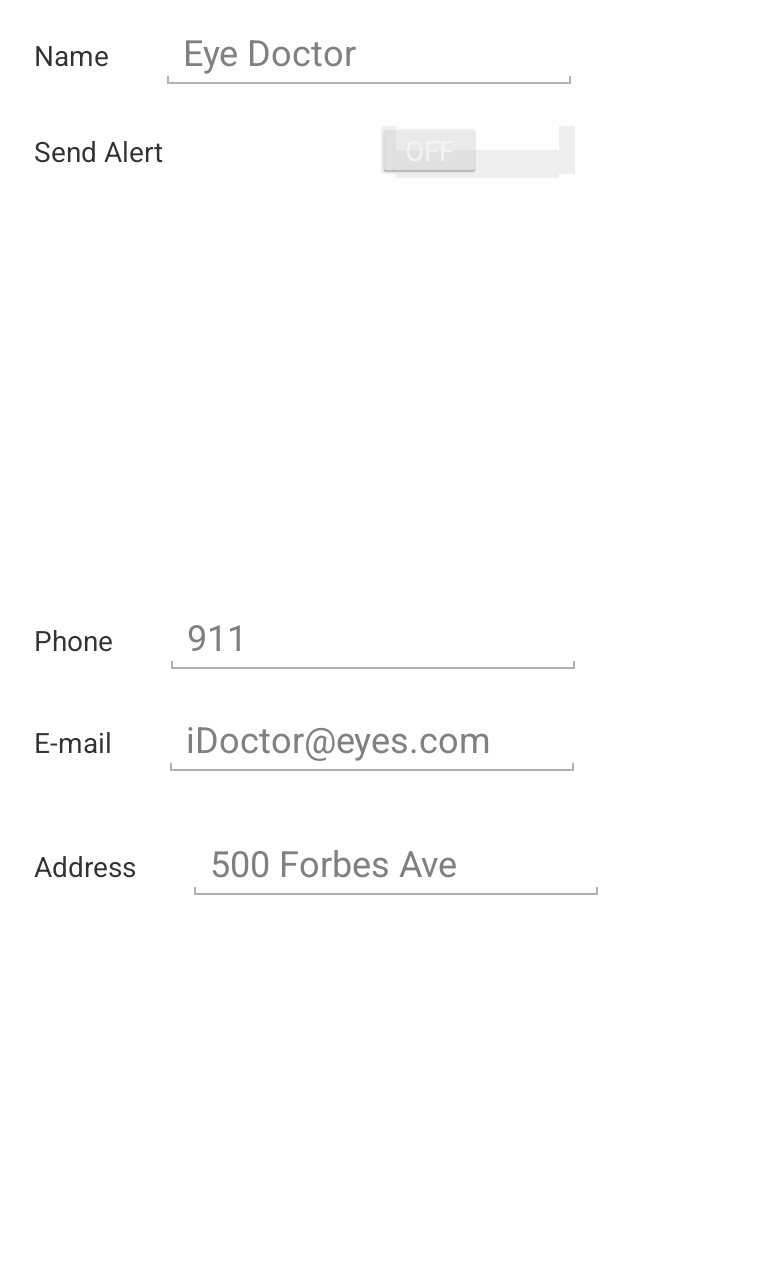
Repository: ranika/pilltracker
Layout: PillTracker/res/layout/f_doctors_doctoreditactivity.xml
The author's editor kept a copy of each file at every save. The layout is drawn from the files as they stood at one save, then again after the next save.
It is drawn on a 768 x 1280 px phone screen (xhdpi) without system bars, with theme AppTheme; the app's code is not run.

Above is the layout before, as saved 2014-04-16 15:39:05.

### PillTracker/res/layout/f_doctors_doctoreditactivity.xml
<RelativeLayout xmlns:android="http://schemas.android.com/apk/res/android"
    android:layout_width="fill_parent"
    android:layout_height="fill_parent" >

    <TextView
        android:id="@+id/textView1"
        android:layout_width="wrap_content"
        android:layout_height="wrap_content"
        android:layout_alignParentLeft="true"
        android:layout_alignParentTop="true"
        android:layout_marginLeft="17dp"
        android:layout_marginTop="18dp"
        android:text="@string/name" />

    <EditText
        android:id="@+id/fdea_et1"
        android:layout_width="wrap_content"
        android:layout_height="wrap_content"
        android:layout_alignBaseline="@+id/textView1"
        android:layout_alignBottom="@+id/textView1"
        android:layout_marginLeft="25dp"
        android:layout_toRightOf="@+id/textView1"
        android:hint="@string/eye_doctor"
        android:ems="10" >
    </EditText>

    <TextView
        android:id="@+id/textView2"
        android:layout_width="wrap_content"
        android:layout_height="wrap_content"
        android:layout_alignLeft="@+id/textView1"
        android:layout_below="@+id/fdea_et1"
        android:layout_marginTop="20dp"
        android:text="@string/send_alert" />

    <Switch
        android:id="@+id/fdea_s1"
        android:layout_width="wrap_content"
        android:layout_height="wrap_content"
        android:layout_alignBaseline="@+id/textView2"
        android:layout_alignBottom="@+id/textView2"
        android:layout_alignRight="@+id/fdea_et1" />

    <!-- for future implementation
    <RadioButton
        android:id="@+id/fdea_cb1"
        android:layout_width="wrap_content"
        android:layout_height="wrap_content"
        android:layout_alignLeft="@+id/textView2"
        android:layout_below="@+id/fdea_s1"
        android:layout_marginTop="20dp"
        android:text="@string/pill" />

    <RadioButton
        android:id="@+id/fdea_cb2"
        android:layout_width="wrap_content"
        android:layout_height="wrap_content"
        android:layout_alignLeft="@+id/fdea_cb1"
        android:layout_below="@+id/fdea_cb1"
        android:text="@string/vitamin" />

    <RadioButton
        android:id="@+id/fdea_cb3"
        android:layout_width="wrap_content"
        android:layout_height="wrap_content"
        android:layout_alignLeft="@+id/fdea_cb2"
        android:layout_below="@+id/fdea_cb2"
        android:text="@string/nasal" />

    -->

	<!-- android:layout_alignLeft="@+id/fdea_cb3" -->
    <TextView
        android:id="@+id/textView3"
        android:layout_width="wrap_content"
        android:layout_height="wrap_content"
        android:layout_centerVertical="true"
        android:layout_marginLeft="17dp"
        android:text="@string/phone" />

    <EditText
        android:id="@+id/fdea_et2"
        android:layout_width="wrap_content"
        android:layout_height="wrap_content"
        android:layout_alignBaseline="@+id/textView3"
        android:layout_alignBottom="@+id/textView3"
        android:layout_marginLeft="25dp"
        android:layout_toRightOf="@+id/textView3"
        android:hint="@string/number"
        android:ems="10" >
    </EditText>

    <TextView
        android:id="@+id/textView4"
        android:layout_width="wrap_content"
        android:layout_height="wrap_content"
        android:layout_alignLeft="@+id/textView3"
        android:layout_below="@+id/fdea_et2"
        android:layout_marginTop="23dp"
        android:text="@string/email" />

    <EditText
        android:id="@+id/fdea_et3"
        android:layout_width="wrap_content"
        android:layout_height="wrap_content"
        android:layout_alignBaseline="@+id/textView4"
        android:layout_alignBottom="@+id/textView4"
        android:layout_marginLeft="25dp"
        android:layout_toRightOf="@+id/textView4"
        android:hint="@string/email_address"
        android:ems="10" >
    </EditText>

    <TextView
        android:id="@+id/textView5"
        android:layout_width="wrap_content"
        android:layout_height="wrap_content"
        android:layout_alignLeft="@+id/textView3"
        android:layout_below="@+id/fdea_et3"
        android:layout_marginTop="34dp"
        android:text="@string/address" />

    <EditText
        android:id="@+id/fdea_et4"
        android:layout_width="wrap_content"
        android:layout_height="wrap_content"
        android:layout_alignBaseline="@+id/textView5"
        android:layout_alignBottom="@+id/textView5"
        android:layout_marginLeft="25dp"
        android:layout_toRightOf="@+id/textView5"
        android:hint="@string/addy"
        android:ems="10" >
    </EditText>

</RelativeLayout>

### PillTracker/res/values/strings.xml
<?xml version="1.0" encoding="utf-8"?>
<resources>

    <string name="app_name">Pill Tracker</string>
    <string name="med_log">Medication Log</string>
    <string name="prescriptions">Prescriptions</string>
    <string name="reminders">Reminders</string>
    <string name="doctors">Doctors</string>
    <string name="pharmacies">Pharmacies</string>
    <string name="notes">Notes</string>
    <string name="settings">Settings</string>

    <color name="black">#CCCCCC</color>

    <string name="title_activity_med_log">Medication Log</string>
    <string name="today">Today</string>
    <string name="ten_am">10 AM</string>
    <string name="pill">Pill</string>
    <string name="vitamin">Vitamin</string>
    <string name="ten_pm">10 PM</string>
    <string name="nasal">Nasal Spray</string>
    <string name="title_activity_prescription">Prescriptions</string>
    <string name="add">Add</string>
    <string name="title_activity_doctors">Doctors</string>
    <string name="eye_doctor">Eye Doctor</string>
    <string name="family_physician">Family Physician</string>
    <string name="orthopedic">Orthopedic</string>
    <string name="title_activity_notes">Notes</string>
    <string name="hello_world">Hello world!</string>
    <string name="action_settings">Settings</string>
    <string name="reminder">Reminder</string>
    <string name="to_do">To Do</string>
    <string name="blah">BlahBlahBlah</string>
    <string name="title_activity_pharmacies">Pharmacies</string>

    <string-array name="miles">
        <item>10 miles</item>
        <item>15 miles</item>
        <item>20 miles</item>
        <item> 50 miles</item>
    </string-array>

    <string name="display">Display pharmacies within:</string>
    <string name="find">Find</string>
    <string name="title_activity_prescription_edit">Edit Prescription</string>
    <string name="title_activity_edit_prescription">Edit Prescriptions</string>
    <string name="name">Name</string>
    <string name="monday">Monday</string>
    <string name="tuesday">Tuesday</string>
    <string name="wednesday">Wednesday</string>
    <string name="thursday">Thursday</string>
    <string name="friday">Friday</string>
    <string name="saturday">Saturday</string>
    <string name="sunday">Sunday</string>
    <string name="days">Set Days</string>
    <string name="time">Set Time</string>
    <string name="title_activity_doctor_edit">Edit Doctor</string>
    <string name="send_alert">Send Alert</string>
    <string name="phone">Phone</string>
    <string name="number">911</string>
    <string name="email">E-mail</string>
    <string name="email_address">iDoctor@eyes.com</string>
    <string name="address">Address</string>
    <string name="addy">500 Forbes Ave</string>
    <string name="title_activity_reminders">Reminders</string>
    <string name="title_activity_settings">Settings</string>
    <string name="location">My Location</string>
    <string name="wireless">Use wireless networks</string>
    <string name="gps">Use GPS satellites</string>

</resources>

Loaded but not shown: PillTracker/res/values/styles.xml (common file); PillTracker/res/values-v11/styles.xml (common file); PillTracker/res/values-v14/styles.xml (common file)

After the next save:
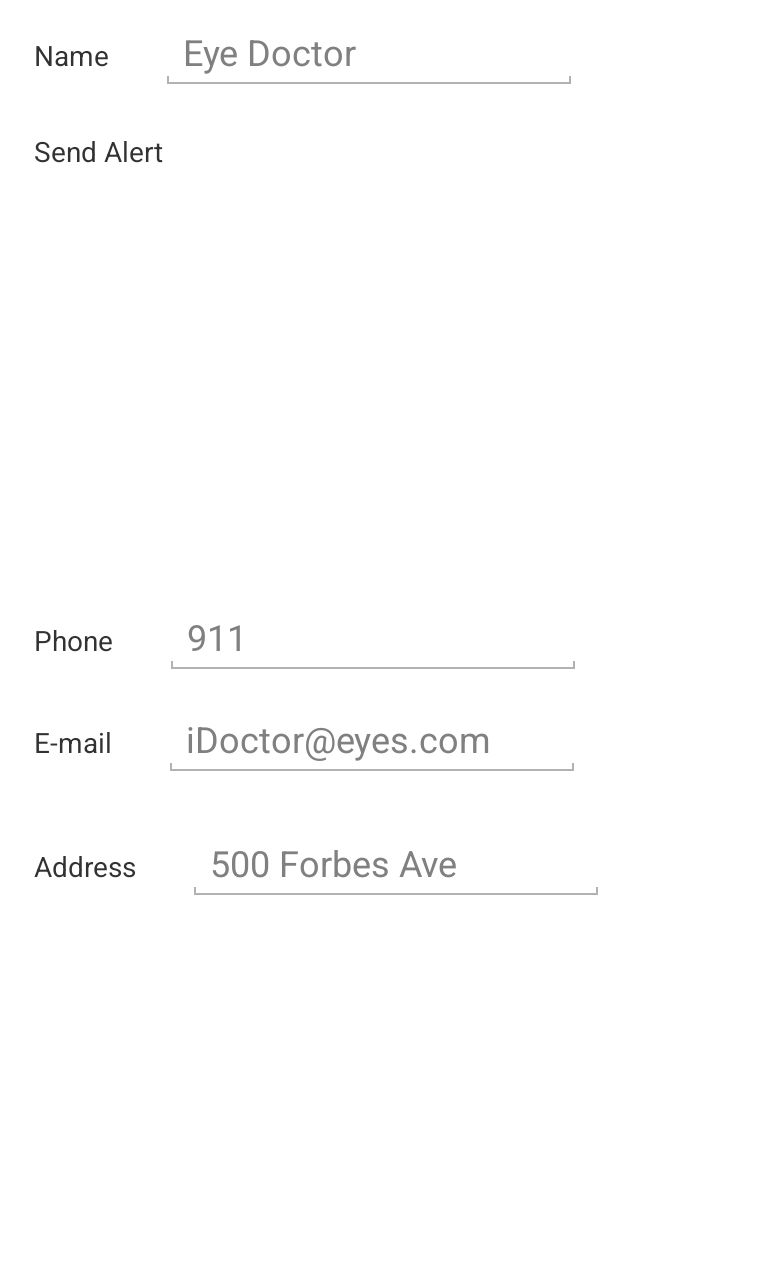
Saved 4 min 9 s later.
--- a/PillTracker/res/layout/f_doctors_doctoreditactivity.xml
+++ b/PillTracker/res/layout/f_doctors_doctoreditactivity.xml
@@ -33,6 +33,7 @@
         android:layout_marginTop="20dp"
         android:text="@string/send_alert" />
 
+    <!-- for future implementation
     <Switch
         android:id="@+id/fdea_s1"
         android:layout_width="wrap_content"
@@ -41,7 +42,6 @@
         android:layout_alignBottom="@+id/textView2"
         android:layout_alignRight="@+id/fdea_et1" />
 
-    <!-- for future implementation
     <RadioButton
         android:id="@+id/fdea_cb1"
         android:layout_width="wrap_content"
